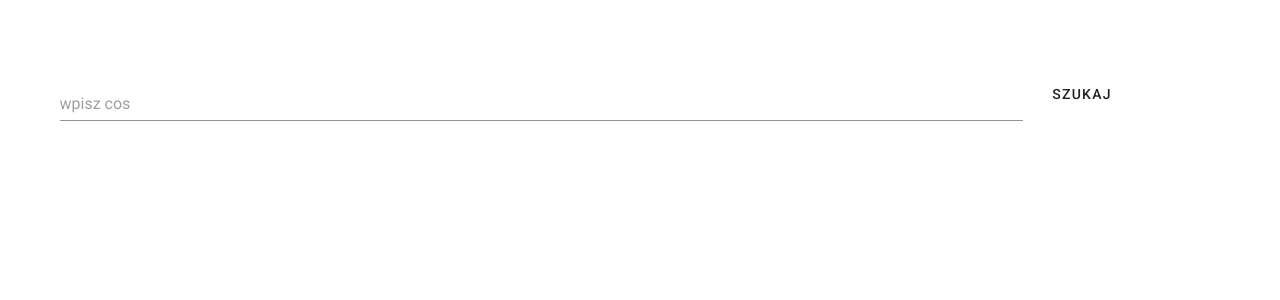
Repository: kq333/wyszukiwarka-filmow-seriali
Page: / (app in searchapp/)
These files come from the project's save history. The page is drawn as it stood at one moment and after the next save; the edit follows.
The browser window is 1280 px wide. The pictures show the whole page.
The project was rebuilt for these pictures with package versions that can differ from the ones it lists, and the page was loaded fresh each time. Also part of the build but not shown: searchapp/vue.config.js, searchapp/src/views/Home.vue.

Above is the page before, as saved 2021-02-18 00:54:14.

After the next save:
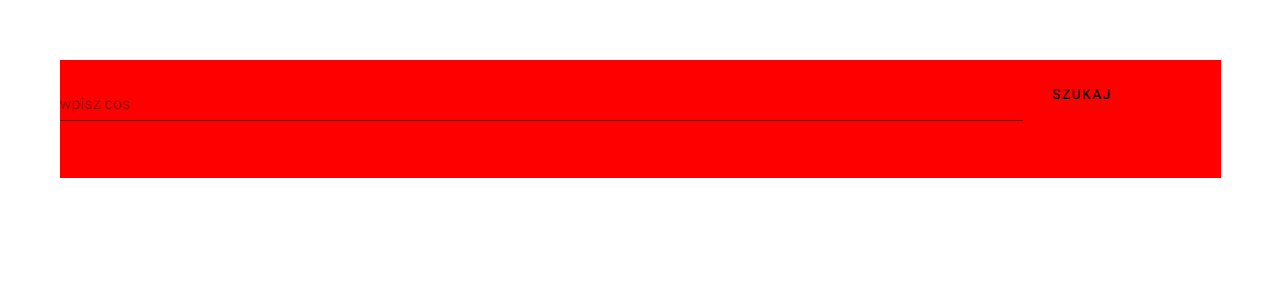
Saved 18 s later.
--- a/searchapp/src/components/HelloWorld.vue
+++ b/searchapp/src/components/HelloWorld.vue
@@ -1,9 +1,9 @@
-<template  style="background-color:red">
+<template >
 
   <v-container>
 
 
-<div id="demo">
+<div id="demo"  style="background-color:red">
 
 
 
